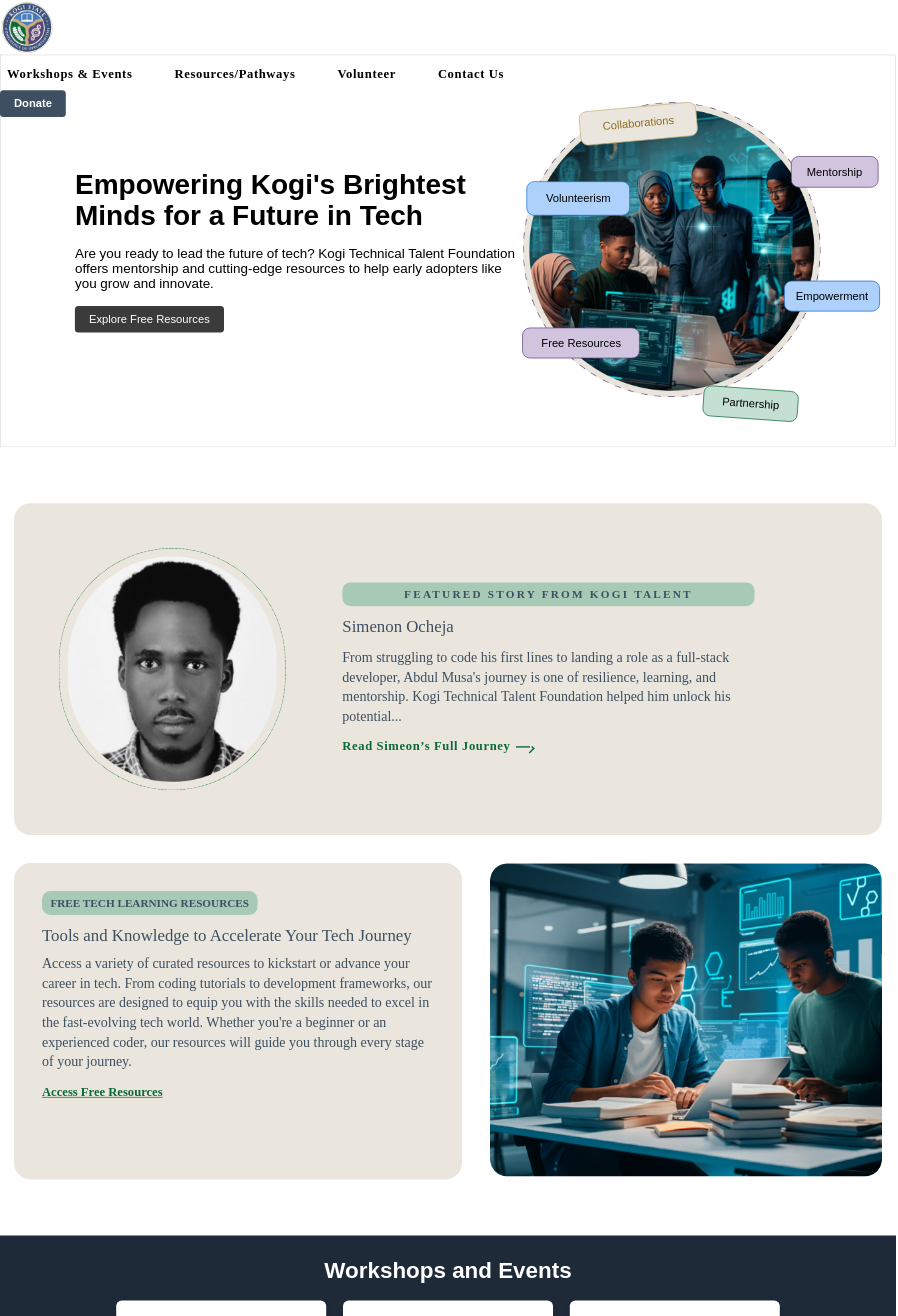
Repository: Cryptim/3MTT-Kogi-Foundation
Page: index.html
These files come from the project's save history. The page is drawn as it stood at one moment and after a run of saves; the edit follows.
The browser window is 1280 px wide. The page is 1280 px wide, then 1283 px, so the pictures cover 1283 px, including what lies to the right of the window. The pictures show the part of the page from y = 0 to 1880 px (the page is 3458 px tall before and 3494 px after), at 70% of full size.

Above is the page before, as saved 2024-11-04 03:04:42.

### index.html
<!DOCTYPE html>
<html lang="en">
  <head>
    <meta charset="UTF-8" />
    <meta name="viewport" content="width=device-width, initial-scale=1.0" />
    <title>Three Million Technical Talent Foundation</title>
    <link rel="stylesheet" href="stlyes/style.css" />
  </head>
  <body>
    <header class="header">
      <div class="logo">
        <img src="assets/images/logo.png" alt="Foundation Logo" />
      </div>
      <nav class="nav">
        <a href="#">Workshops & Events</a>
        <a href="#">Resources/Pathways</a>
        <a href="#">Volunteer</a>
        <a href="#">Contact Us</a>
      </nav>
      <div class="donate-button">
        <button>Donate</button>
      </div>
    </header>
    <div class="hero-section">
      <div class="text-container">
        <h1>Empowering Kogi's Brightest Minds for a Future in Tech</h1>
        <p>
          Are you ready to lead the future of tech? Kogi Technical Talent
          Foundation offers mentorship and cutting-edge resources to help early
          adopters like you grow and innovate.
        </p>
        <button>Explore Free Resources</button>
      </div>
      <div class="image-container">
        <img
          src="assets/images/Frame 5.png"
          alt="Team working with technology"
        />
        <div class="tag tag-collaborations">Collaborations</div>
        <div class="tag tag-volunteerism">Volunteerism</div>
        <div class="tag tag-mentorship">Mentorship</div>
        <div class="tag tag-empowerment">Empowerment</div>
        <div class="tag tag-free-resources">Free Resources</div>
        <div class="tag tag-partnership">Partnership</div>
      </div>
    </div>
    <div
      style="
        display: flex;
        flex-direction: column;
        gap: 40px;
        padding: 80px 20px;
        background-color: #fff;
      "
    >
      <!-- Featured Story Section -->
      <div
        style="
          width: 100%;
          padding: 64px;
          background: #eae6dd;
          border-radius: 24px;
          display: flex;
          align-items: center;
          gap: 81px;
        "
      >
        <div
          style="
            height: 346px;
            padding: 12px;
            border-radius: 500px;
            border: 1px #0c6a38 dotted;
            display: flex;
            align-items: center;
          "
        >
          <img
            style="
              color: #3d4f60;
              font-size: 16px;
              font-family: Cascadia Code;
              font-weight: 600;
              text-transform: uppercase;
              line-height: 28px;
              letter-spacing: 3.2px;
              word-wrap: break-word;
            "
            src="assets/images/Simeon ocheja 1.png"
            alt="Simenon Ocheja"
          />
        </div>
        <div
          style="width: 589px; display: flex; flex-direction: column; gap: 16px"
        >
          <div
            style="
              padding: 8px 12px;
              background: #a7cab7;
              border-radius: 12px;
              text-align: center;
            "
          >
            <span
              style="
                color: #3d4f60;
                font-size: 16px;
                font-family: Cascadia Code;
                font-weight: 600;
                text-transform: uppercase;
                letter-spacing: 3.2px;
              "
              >Featured Story from Kogi talent</span
            >
          </div>
          <h2
            style="
              color: #3d4f60;
              font-size: 24px;
              font-family: Cascadia Code;
              font-weight: 400;
            "
          >
            Simenon Ocheja
          </h2>
          <p
            style="
              width: 100%;
              color: #3d4f60;
              font-size: 20px;
              font-family: Cascadia Code;
              font-weight: 300;
              line-height: 28px;
              word-wrap: break-word;
            "
          >
            From struggling to code his first lines to landing a role as a
            full-stack developer, Abdul Musa's journey is one of resilience,
            learning, and mentorship. Kogi Technical Talent Foundation helped
            him unlock his potential...
          </p>
          <div style="display: flex; align-items: center; gap: 8px">
            <span
              style="
                color: #0c6a38;
                font-size: 18px;
                font-family: Cascadia Code;
                font-weight: 700;
                line-height: 27.2px;
                letter-spacing: 0.9px;
                word-wrap: break-word;
              "
              >Read Simeon’s Full Journey</span
            >
            <div style="width: 24px; height: 24px; position: relative">
              <div
                style="
                  width: 20px;
                  height: 0;
                  position: absolute;
                  border-top: 2.5px solid #0c6a38;
                  top: 50%;
                  left: 0;
                "
              ></div>
              <div
                style="
                  width: 5px;
                  height: 10px;
                  position: absolute;
                  border-right: 2.5px solid #0c6a38;
                  border-top: 2.5px solid #0c6a38;
                  top: 50%;
                  right: 0;
                  transform: rotate(45deg);
                "
              ></div>
            </div>
          </div>
        </div>
      </div>

      <!-- Free Tech Learning Resources Section -->
      <div style="display: flex; gap: 40px">
        <div
          style="
            flex: 1;
            padding: 40px;
            background: #eae6dd;
            border-radius: 24px;
          "
        >
          <div
            style="
              padding: 8px 12px;
              background: #a7cab7;
              border-radius: 12px;
              display: inline-block;
            "
          >
            <span
              style="
                color: #3d4f60;
                font-size: 16px;
                font-family: Cascadia Code;
                font-weight: 600;
                text-transform: uppercase;
              "
              >Free Tech Learning Resources</span
            >
          </div>
          <h3
            style="
              color: #3d4f60;
              font-size: 24px;
              font-family: Cascadia Code;
              font-weight: 400;
              margin-top: 16px;
            "
          >
            Tools and Knowledge to Accelerate Your Tech Journey
          </h3>
          <p
            style="
              color: #3d4f60;
              font-size: 20px;
              font-family: Cascadia Code;
              font-weight: 300;
              line-height: 1.4;
              margin-top: 12px;
            "
          >
            Access a variety of curated resources to kickstart or advance your
            career in tech. From coding tutorials to development frameworks, our
            resources are designed to equip you with the skills needed to excel
            in the fast-evolving tech world. Whether you're a beginner or an
            experienced coder, our resources will guide you through every stage
            of your journey.
          </p>
          <a
            href="#"
            style="
              color: #0c6a38;
              font-size: 18px;
              font-family: Cascadia Code;
              font-weight: 700;
              display: inline-block;
              margin-top: 20px;
            "
            >Access Free Resources</a
          >
        </div>
        <div style="flex: 1">
          <img
            style="width: 100%; border-radius: 24px"
            src="assets/images/Resources image 1.png"
            alt="Tech Journey"
          />
        </div>
      </div>
    </div>
    <!-- workshop section -->
    <section class="workshops-section">
      <h2>Workshops and Events</h2>
      <div class="workshops-container">
        <div class="workshop-card">
          <div class="icon">
            <img
              src="assets/images/computer-phone-sync.svg"
              alt="Digital Literacy Icon"
            />
          </div>
          <h3>Digital Literacy Essentials</h3>
          <p>
            This foundational workshop is designed to equip participants with
            the essential skills needed to navigate the digital world
            confidently.
          </p>
          <button>Start Learning</button>
        </div>
        <div class="workshop-card">
          <div class="icon">
            <img
              src="assets/images/computer-programming-01.svg"
              alt="Networking Icon"
            />
          </div>
          <h3>Tech Networking Night</h3>
          <p>
            Expand your professional network at our Tech Networking Night! Meet
            industry leaders, fellow tech enthusiasts, and potential mentors in
            an informal setting.
          </p>
          <button>Save Your Spot</button>
        </div>
        <div class="workshop-card">
          <div class="icon">
            <img
              src="assets/images/computer-video-call.svg"
              alt="Marketing Icon"
            />
          </div>
          <h3>Digital Marketing Masterclass</h3>
          <p>
            This workshop covers SEO, social media strategies, and content
            creation techniques to help participants promote their skills and
            projects online.
          </p>
          <button>Join the Masterclass</button>
        </div>
      </div>
    </section>
    <!--  Event section-->
    <section class="events-section">
      <h2>Upcoming Events</h2>
      <div class="events-container">
        <div class="event-card">
          <img
            src="assets/images/cloud-african 1.png"
            alt="Cloud Computing Workshop"
          />
          <h3>Getting Started with Cloud Computing: A Beginner's Guide</h3>
          <p>
            This introductory workshop will guide you through the fundamentals
            of cloud computing.
          </p>
          <div class="event-info">
            <span class="event-date"
              ><img
                src="assets/images/calendar-01.svg"
                alt="Calendar Icon"
                class="icon"
              />
              December 5, 2024</span
            >
            <span class="event-time"
              ><img
                src="assets/images/alarm-clock.svg"
                alt="Clock Icon"
                class="icon"
              />
              10:00 AM - 12:00 PM</span
            >
          </div>
        </div>
        <div class="event-card">
          <img
            src="assets/images/digital marketing.png"
            alt="Social Media for Entrepreneurs"
          />
          <h3>Mastering Social Media for Digital Entrepreneurs</h3>
          <p>
            Discover content creation strategies, audience engagement
            techniques, and more.
          </p>
          <div class="event-info">
            <span class="event-date"
              ><img
                src="assets/images/calendar-01.svg"
                alt="Calendar Icon"
                class="icon"
              />
              December 5, 2024</span
            >
            <span class="event-time"
              ><img
                src="assets/images/alarm-clock.svg"
                alt="Clock Icon"
                class="icon"
              />
              10:00 AM - 12:00 PM</span
            >
          </div>
        </div>
        <div class="event-card">
          <img
            src="assets/images/python.png"
            alt="Python Programming Workshop"
          />
          <h3>Intro to Python Programming: Building Your First App</h3>
          <p>
            This online workshop is perfect for beginners looking to learn
            Python programming.
          </p>
          <div class="event-info">
            <span class="event-date"
              ><img
                src="assets/images/calendar-01.svg"
                alt="Calendar Icon"
                class="icon"
              />
              December 5, 2024</span
            >
            <span class="event-time"
              ><img
                src="assets/images/alarm-clock.svg"
                alt="Clock Icon"
                class="icon"
              />
              10:00 AM - 12:00 PM</span
            >
          </div>
        </div>
      </div>
    </section>
    <!-- Mentor section -->
    <section class="mentors-section">
      <h2>Meet Our Mentors and Contributors</h2>
      <p>
        Meet Our MAt the heart of the Kogi Technical Talent Foundation is a
        dedicated team of mentors and contributors who are passionate about
        sharing their knowledge and expertise. Our mentors come from diverse
        backgrounds in technology, entrepreneurship, and innovation, providing
        invaluable guidance to help you navigate your career journey. Whether
        you're looking to enhance your coding skills, explore new fields like
        digital marketing, or get advice on launching your own tech startup, our
        mentors are here to support you.
      </p>
      <a href="#" class="explore-link">Explore Our Mentor’s Profile →</a>
      <div class="mentors-container">
        <div class="mentor-card">
          <img src="assets/images/Frame 19.png" alt="Omachoko Arome" />
          <h3>Omachoko Arome</h3>
        </div>
        <div class="mentor-card">
          <img src="assets/images/Frame 20.png" alt="Marian Musa" />
          <h3>Marian Musa</h3>
        </div>
        <div class="mentor-card">
          <img src="assets/images/Frame 21.png" alt="Ismaila Omeiza" />
          <h3>Ismaila Omeiza</h3>
        </div>
        <div class="mentor-card">
          <img src="assets/images/Frame 22.png" alt="Timothy Ignatius" />
          <h3>Timothy Ignatius</h3>
        </div>
      </div>
    </section>
  </body>
</html>

### stlyes/style.css
* {
  margin: 0;
  padding: 0;
  box-sizing: border-box;
}

body {
  font-family: Arial, sans-serif;
}

.header {
  /* padding-left: 180px;
  padding-right: 180px;
  padding-top: 16px;
  padding-bottom: 16px;
  justify-content: center;
  align-items: center;
  gap: 66px;
  display: inline-flex;
  left: 0;
  top: 0;
}

.logo img {
  width: 78px; /* Adjust size as needed */
  height: 78px;
}

.nav {
  justify-content: flex-start;
  align-items: center;
  gap: 40px;
  display: flex;
}

.nav a {
  padding: 10px;
  justify-content: center;
  align-items: center;
  gap: 10px;
  display: flex;
  transition: color 0.3s;
  font-size: 18px;
  text-decoration: none;
  color: black;
  font-size: 18px;
  font-family: Cascadia Code;
  font-weight: 700;
  line-height: 27.2px;
  letter-spacing: 0.9px;
  word-wrap: break-word;
}

.nav a:hover {
  color: #007bff;
}

.donate-button {
  margin-right: 180px; /* Adds space to the right of the button */
}

.donate-button button {
  padding: 10px 20px;
  background-color: #3d4f60;
  color: #fff;
  border: none;
  border-radius: 5px;
  cursor: pointer;
  font-weight: bold;
  transition: background-color 0.3s;
}

.donate-button button:hover {
  background-color: #007bff;
}

/* Responsive adjustments */
@media (max-width: 768px) {
  .header {
    flex-direction: column;
    align-items: center;
  }

  .logo,
  .donate-button {
    margin: 0; /* Remove margins for smaller screens */
  }

  .nav {
    flex-direction: column;
    gap: 10px;
  }
}

/* section one */
.hero-section {
  display: flex;
  align-items: center;
  /* padding: 50px; */
  background-color: #fff;
  border: 1px solid #ddd;
  height: 560.85px;
  justify-content: center;
  align-items: center;
}

.text-container {
  max-width: 50%;
}

.text-container h1 {
  font-size: 2.5em;
  font-weight: bold;
  margin-bottom: 20px;
}

.text-container p {
  font-size: 1.2em;
  margin-bottom: 20px;
}

.text-container button {
  padding: 10px 20px;
  background-color: #3b3b3b;
  color: #fff;
  border: none;
  border-radius: 5px;
  cursor: pointer;
  font-size: 1em;
}

.image-container {
  position: relative;
  max-width: 560.85px;
}

.image-container img {
  width: 100%;
  height: 423.01px;
  border-radius: 283.9px;
}

.tag {
  /* position: absolute;
  padding: 5px 10px;
  font-size: 18.26px;
  background-color: #f0f0f0;
  border-radius: 10.95px;
  font-weight: 300;
  width: 168.26px;
  text-align: center;
  height: 48.73px;
  justify-content: center;
  align-items: center;
  align-self: center; */
}

.tag-collaborations {
  width: 168.26px;
  height: 48.73px;
  padding: 9.13px;
  left: 80.33px;
  top: 15.28px;
  color: #8f6e23;
  position: absolute;
  transform: rotate(-5.21deg);
  transform-origin: 0 0;
  background: #eae6dd;
  border-radius: 10.95px;
  border: 0.5px #c6af7b solid;
  justify-content: center;
  align-items: center;
  gap: 9.13px;
  display: inline-flex;
}

.tag-volunteerism {
  width: 147.26px;
  height: 48.73px;
  padding: 9.13px;
  left: 6.39px;
  top: 114.11px;
  position: absolute;
  background: #add1fb;
  border-radius: 10.95px;
  border: 0.5px #1d71d5 solid;
  justify-content: center;
  align-items: center;
  gap: 9.13px;
  display: inline-flex;
}

.tag-mentorship {
  width: 125.26px;
  height: 44.26px;
  padding: 9.13px;
  left: 383.42px;
  top: 78.51px;
  position: absolute;
  background: #d1c4df;
  border-radius: 10.95px;
  border: 0.5px #5b4377 solid;
  justify-content: center;
  align-items: center;
  gap: 9.13px;
  display: inline-flex;
}

.tag-empowerment {
  width: 136.26px;
  height: 44.26px;
  padding: 9.13px;
  left: 374.29px;
  top: 255.61px;
  position: absolute;
  background: #add1fb;
  border-radius: 10.95px;
  border: 0.5px #1967c3 solid;
  justify-content: center;
  align-items: center;
  gap: 9.13px;
  display: inline-flex;
}

.tag-free-resources {
  width: 168.26px;
  height: 44.26px;
  padding: 9.13px;
  left: 0px;
  top: 323.17px;
  position: absolute;
  background: #d1c4df;
  border-radius: 10.95px;
  border: 0.5px #5b4377 solid;
  justify-content: center;
  align-items: center;
  gap: 9.13px;
  display: inline-flex;
}

.tag-partnership {
  width: 136.26px;
  height: 44.26px;
  padding: 9.13px;
  left: 259.61px;
  top: 405.33px;
  position: absolute;
  transform: rotate(4deg);
  transform-origin: 0 0;
  background: #c5e0d2;
  border-radius: 10.95px;
  border: 0.5px #0c6a38 solid;
  justify-content: center;
  align-items: center;
  gap: 9.13px;
  display: inline-flex;
}

/* workshop section */
.workshops-section {
  padding: 2rem;
  text-align: center;
  background-color: #1e2a38;
  color: #fff;
}

.workshops-section h2 {
  font-size: 2rem;
  margin-bottom: 1.5rem;
}

.workshops-container {
  display: flex;
  flex-wrap: wrap;
  justify-content: center;
  gap: 1.5rem;
}

.workshop-card {
  background-color: #fff;
  color: #333;
  border-radius: 8px;
  box-shadow: 0 4px 8px rgba(0, 0, 0, 0.1);
  width: 100%;
  max-width: 300px;
  padding: 1.5rem;
  text-align: left;
  transition: transform 0.3s;
}

.workshop-card:hover {
  transform: translateY(-5px);
}

.icon {
  font-size: 2rem;
  margin-bottom: 1rem;
}

.workshop-card h3 {
  font-size: 1.25rem;
  margin-bottom: 0.75rem;
}

.workshop-card p {
  font-size: 0.95rem;
  margin-bottom: 1.5rem;
}

button {
  background-color: #007bff;
  color: #fff;
  padding: 0.5rem 1rem;
  border: none;
  border-radius: 5px;
  font-size: 1rem;
  cursor: pointer;
  transition: background-color 0.3s;
}

button:hover {
  background-color: #0056b3;
}

/* Responsive Design */
@media (max-width: 768px) {
  .workshops-container {
    flex-direction: column;
    align-items: center;
  }
}

/* event section*/
.events-section {
  padding: 2rem;
  text-align: center;
  background-color: #fff;
}

.events-section h2 {
  font-size: 2rem;
  margin-bottom: 1.5rem;
}

.events-container {
  display: flex;
  flex-wrap: wrap;
  justify-content: center;
  gap: 1.5rem;
}

.event-card {
  background-color: #ffffff;
  border-radius: 8px;
  box-shadow: 0 4px 8px rgba(0, 0, 0, 0.1);
  width: 100%;
  max-width: 300px;
  text-align: left;
  overflow: hidden;
  transition: transform 0.3s;
}

.event-card:hover {
  transform: translateY(-5px);
}

.event-card img {
  width: 100%;
  height: auto;
  /* border-bottom: 2px solid #ddd; */
}

.event-card h3 {
  font-size: 1.25rem;
  margin: 1rem 1rem 0.5rem;
  color: #1e2a38;
}

.event-card p {
  font-size: 0.95rem;
  margin: 0.5rem 1rem 1rem;
  color: #555;
}

.event-info {
  display: flex;
  justify-content: space-between;
  padding: 1rem;
  /* border-top: 1px solid #ddd; */
  font-size: 0.9rem;
  color: #777;
}

.event-date,
.event-time {
  display: flex;
  align-items: center;
  gap: 0.25rem;
}

.event-info .icon {
  width: 24px; /* Set the icon width */
  height: 24px; /* Set the icon height */
  margin-right: 5px; /* Space between icon and text */
  vertical-align: middle; /* Aligns icon with text */
}
/* Responsive Design */
@media (max-width: 768px) {
  .events-container {
    flex-direction: column;
    align-items: center;
  }
}
/* Mentor section */
.mentors-section {
  max-width: 1000px;
  margin: 0 auto;
  padding: 2rem;
  background-color: #2b3a42;
}

.mentors-content {
  display: flex;
  gap: 2rem;
  align-items: flex-start;
}

.mentors-text {
  flex: 1;
}

.mentors-section h2 {
  font-size: 2rem;
  margin-bottom: 1rem;
  color: #dbe0e4;
  font-weight: bold;
}

.mentors-section p {
  font-size: 1rem;
  line-height: 1.6;
  margin-bottom: 1.5rem;
  color: #dbe0e4;
}

.explore-link {
  display: inline-block;
  margin-top: 1rem;
  font-size: 1rem;
  color: #ffd85f; /* Yellow color for link */
  text-decoration: none;
  font-weight: bold;
}

.mentors-container {
  display: grid;
  grid-template-columns: 1fr 1fr;
  gap: 1.5rem;
  flex: 1;
}

.mentor-card {
  background-color: #d7e7f0;
  border-radius: 12px;
  padding: 1rem;
  text-align: center;
  transition: transform 0.3s;
  color: #2b3a42; /* Dark text color */
}

.mentor-card:hover {
  transform: scale(1.05);
}

.mentor-card img {
  width: 80px;
  height: 80px;
  border-radius: 50%;
  object-fit: cover;
  margin-bottom: 0.5rem;
}

.mentor-card h3 {
  font-size: 1rem;
  color: #2b3a42;
  margin-top: 0.5rem;
  padding: 0.3rem 0.6rem;
  border-radius: 5px;
  background-color: rgba(255, 255, 255, 0.8); /* Slight background for text */
}

/* Responsive styling for smaller screens */
@media (max-width: 768px) {
  .mentors-content {
    flex-direction: column;
  }

  .mentors-container {
    grid-template-columns: 1fr;
  }
}

@media (max-width: 480px) {
  .mentor-card img {
    width: 70px;
    height: 70px;
  }

  .mentors-section h2 {
    font-size: 1.5rem;
  }

  .mentors-section p {
    font-size: 0.85rem;
  }
}

After the next 2 saves:
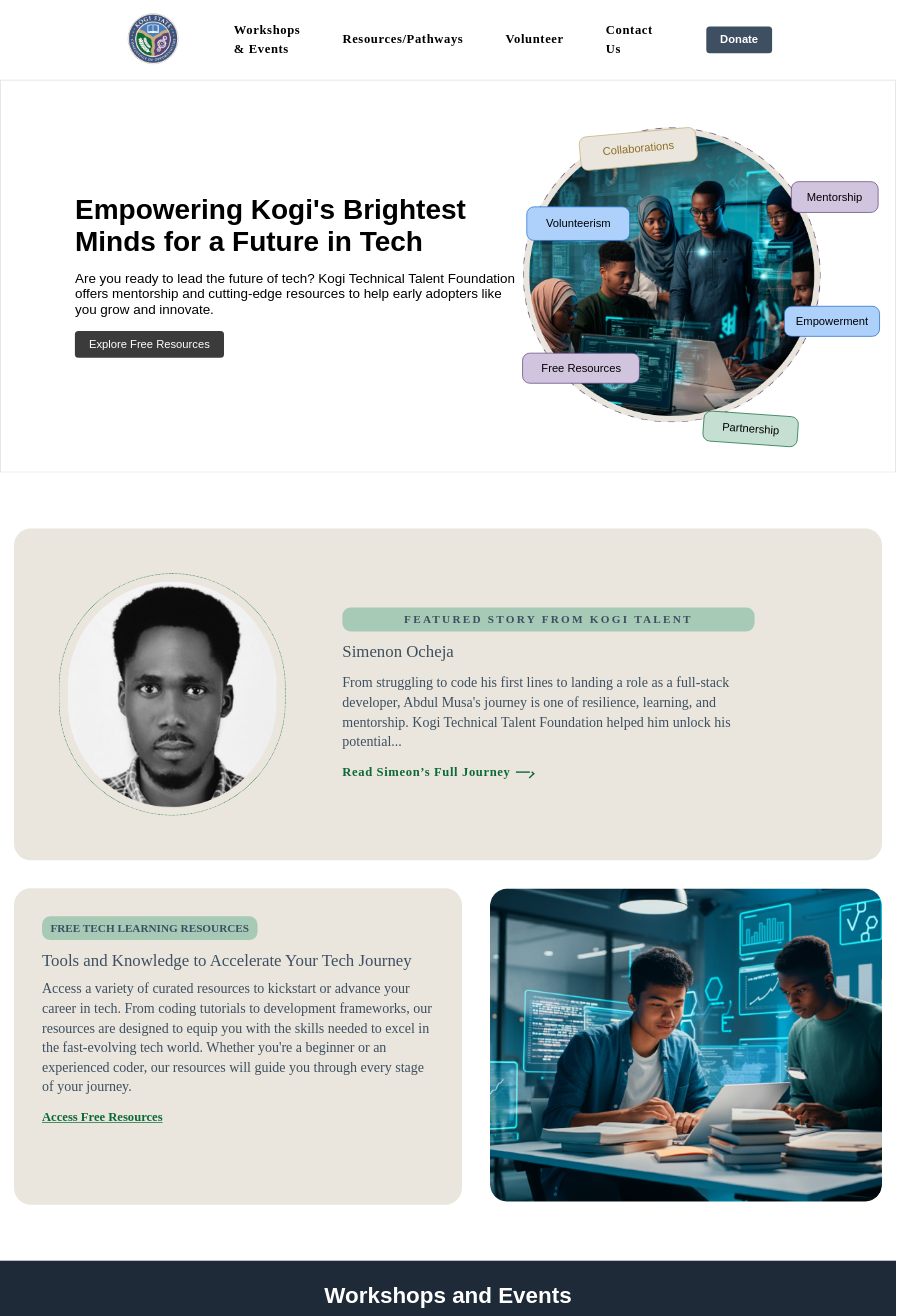
The 2 saves are shown as one change because they came seconds apart.
The last was saved 6 s later.
--- a/stlyes/style.css
+++ b/stlyes/style.css
@@ -9,8 +9,8 @@
 }
 
 .header {
-  /* padding-left: 180px;
-  padding-right: 180px;
+  padding-left: 180px;
+  /* padding-right: 180px;  */
   padding-top: 16px;
   padding-bottom: 16px;
   justify-content: center;
